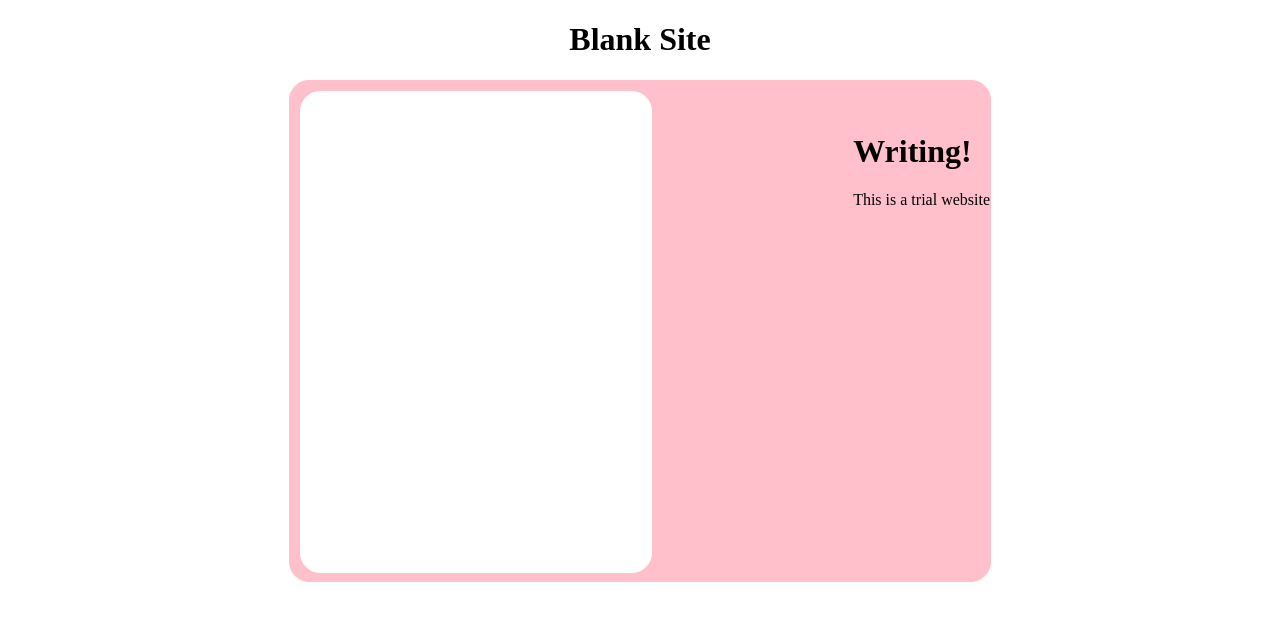
Repository: yhung004/Blank_Project
Page: index.html
The author's editor kept a copy of each file at every save. The page is drawn from the files as they stood at one save, then again after the next save.
The browser window is 1280 px wide. The pictures show the whole page.

Above is the page before, as saved 2024-04-04 03:24:55.

After the next save:
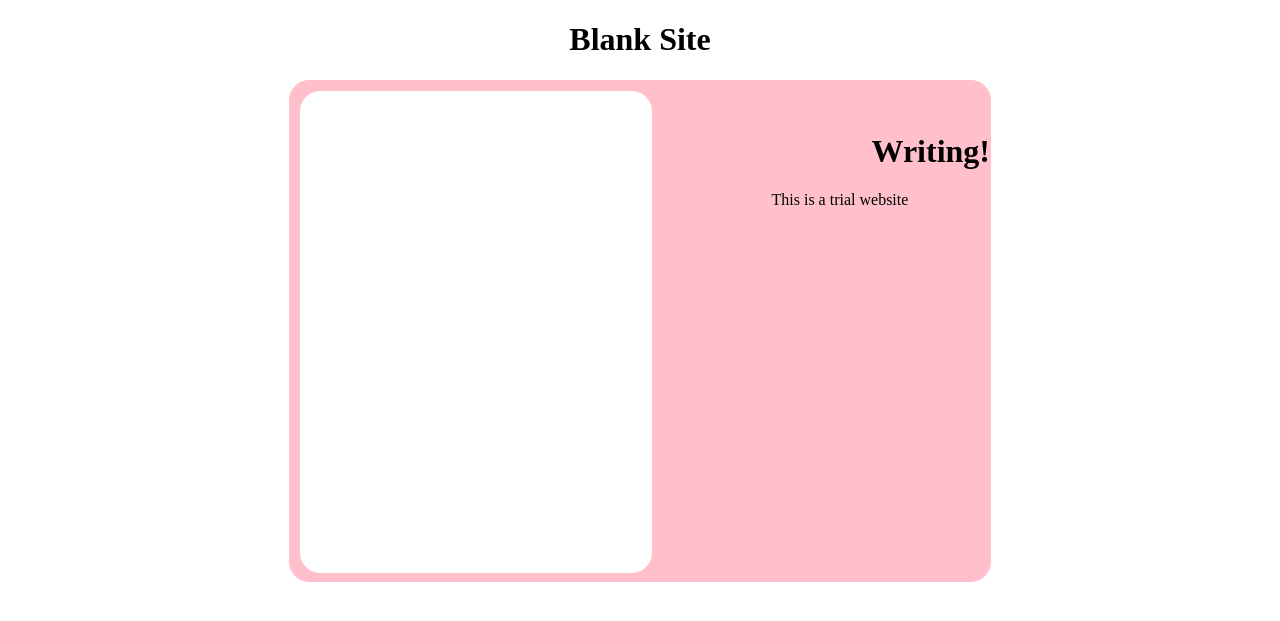
Saved 81 s later.
--- a/index.css
+++ b/index.css
@@ -27,5 +27,5 @@
     margin-left:-100px;
 }
 .subwriting {
-    margin-left:-100px;
+    margin-left:-200px;
 }
